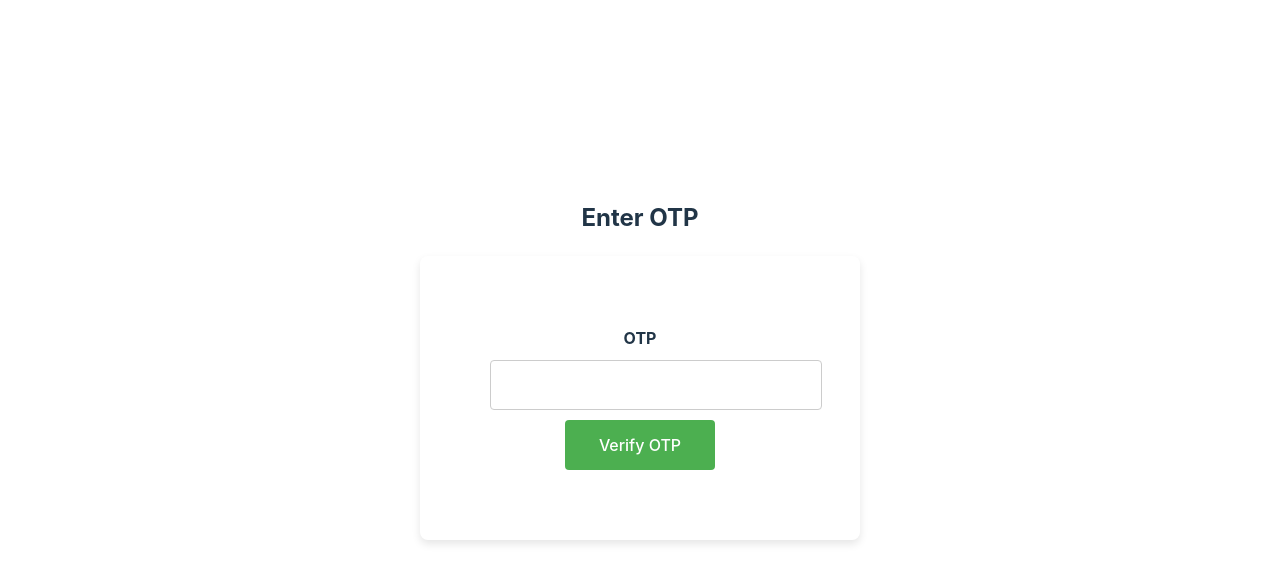
Repository: sarathraj2002/MockTest
Page: /check (app in Frontend/)
An editor plug-in stored every save of this project. The page is shown before and after the next save, followed by the edit.
The browser window is 1280 px wide. The pictures show the whole page.
The project was rebuilt for these pictures with package versions that can differ from the ones it lists, and the page was loaded fresh each time. Also part of the build but not shown: Frontend/vite.config.js, Frontend/src/components/Otp.jsx, Frontend/src/components/Home.jsx.

Above is the page before, as saved 2024-11-13 17:18:36.

After the next save:
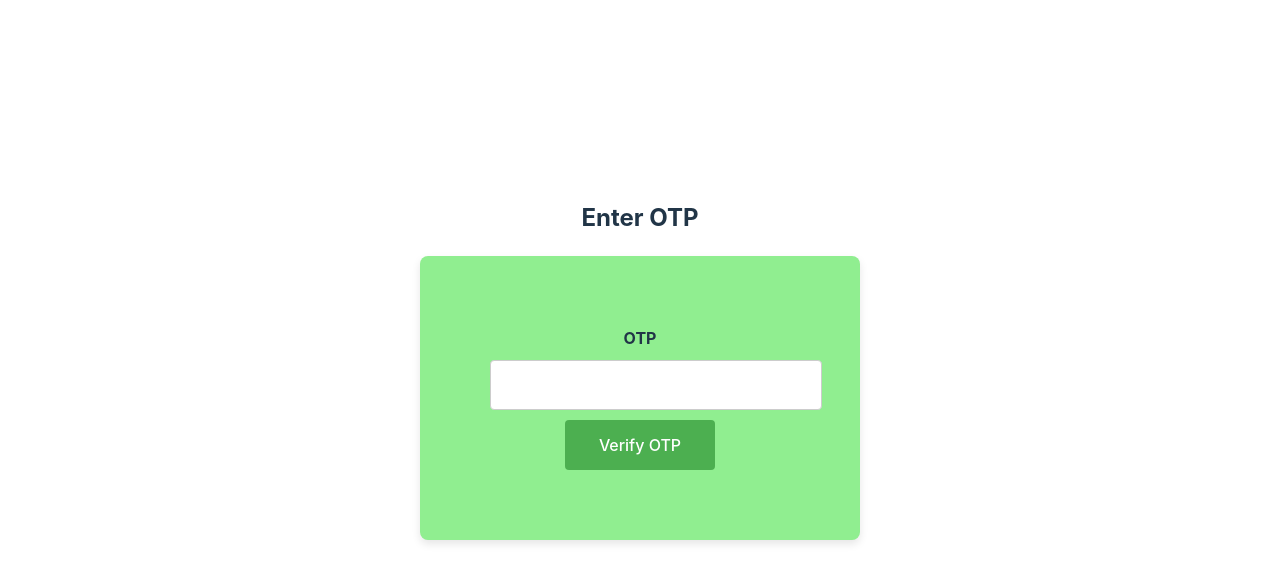
Saved 4 s later.
--- a/Frontend/src/components/Mail.jsx
+++ b/Frontend/src/components/Mail.jsx
@@ -31,7 +31,7 @@ function OTPForm({ email, onOTPVerify }) {
     width: '300px',
     margin: '0 auto',
     padding: '70px',
-    backgroundColor: 'light',
+    backgroundColor: 'lightgreen',
     borderRadius: '8px',
     boxShadow: '0 4px 8px rgba(0, 0, 0, 0.1)',
   };
